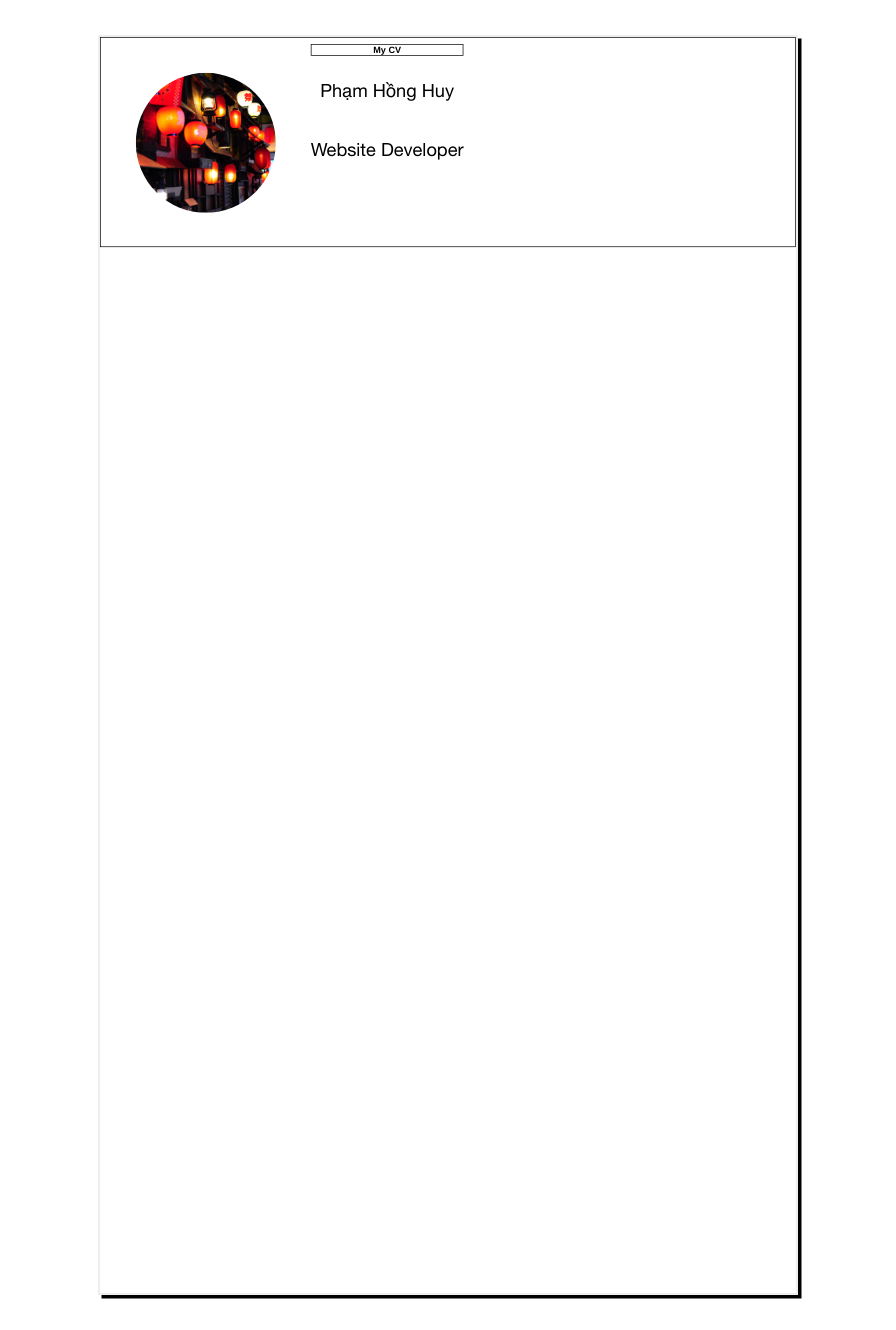
Repository: phamhonghuy/bookstore
Page: index.html
These files come from the project's save history. The page is drawn as it stood at one moment and after a run of saves; the edit follows.
The browser window is 1280 px wide. The pictures show the whole page, at 70% of full size.

Above is the page before, as saved 2021-10-08 23:47:35.

### index.html
<!DOCTYPE html>
<html>
    <head>
        <meta name="viewport" content="width=device-width" />
        <meta  charset="utf-8" />
        <script src="js/script.js"></script>
        <link rel="stylesheet" href="css/style.css">
        <title>My CV</title>
        <link rel="shortcut icon" href="/image/shortcut-icon.png">
    </head>
    <body>
        <div class='header'>
            <img id ='avatar' src="/image/Avatar.jpg">
            <div class='header-content'>
            <h1>My CV</h1>
            <p id="name">Phạm Hồng Huy</p>
            <p id="name">Website Developer</p>
            </div>
        </div>
    </body>
    <footer></footer>
</html>

### css/style.css
* {
    color:rgb(0, 0, 0);
    font-family: Helvetica;
    font-size: 13px;
    box-sizing: border-box;
}
@font-face {
    font-family:Helvetica;
    src: url(/font/helveticaneue.ttf);
}
body {
    width: 1000px;
    height: 1800px;
    box-shadow: 5px 5px rgb(0, 0, 0);
    margin: 50px auto;
    border: 3px solid #eee;
}

.header{
    display: flex;
    height:300px ;
    border: 1px solid rgb(0, 0, 0);
    wrap: wrap;

}

.header #avatar {
    height: 200px ;
    margin: 50px;
    border-radius: 50%;

}
h1 {
    text-align: center;
    width: ;
    border: 1px solid rgb(0, 0, 0);
}
.header-content{
    display: flex;
    flex-direction: column;
    font-size: 36px;
    j
}
.header-content p{
    text-align: center;
    font-size: 26px;
    width: 100%;

}

Loaded but not shown: JS/script.js (no copy from this time; the picture is the same without it)

After the next 2 saves:
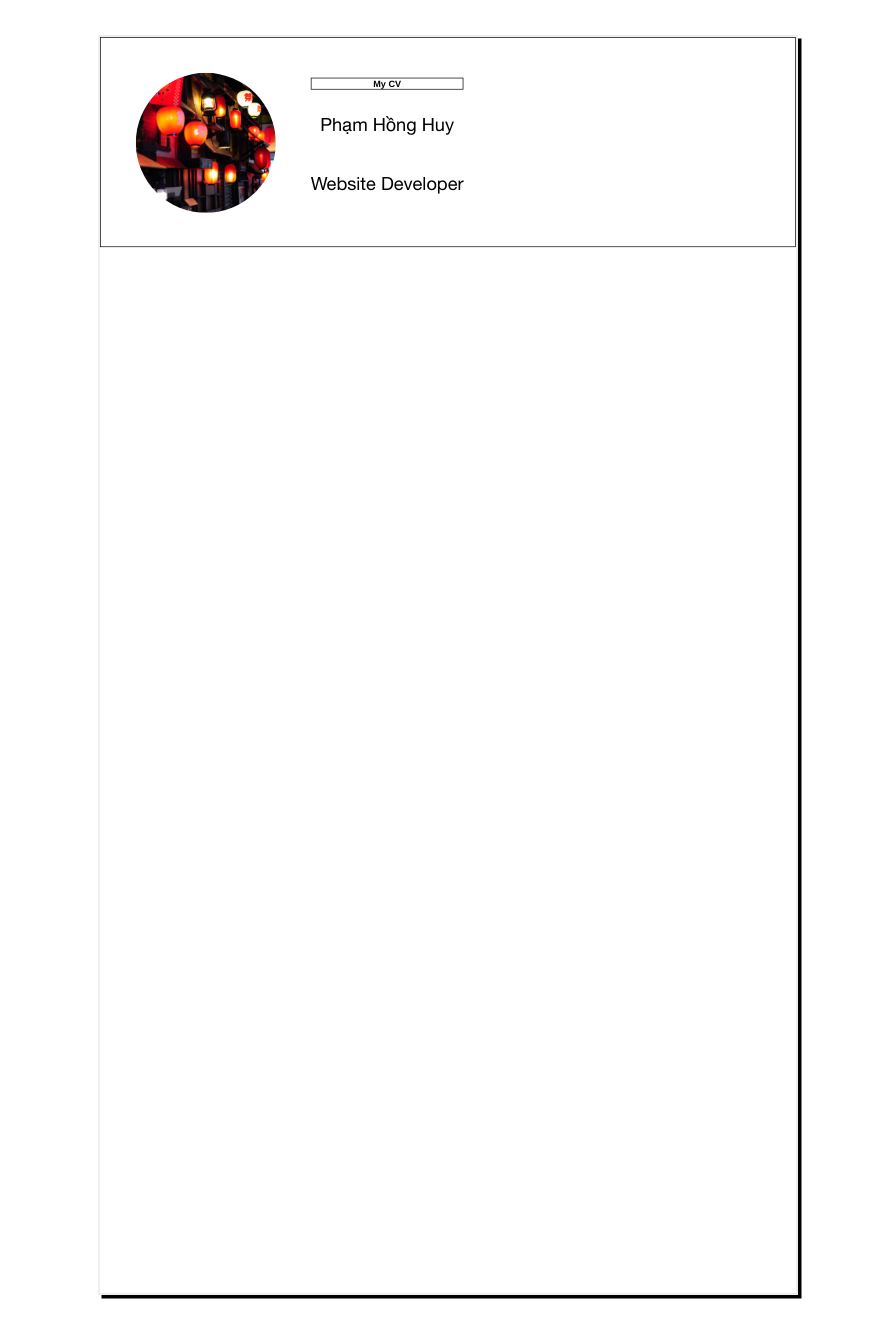
The 2 saves are shown as one change because they came seconds apart.
The last was saved 7 s later.
--- a/css/style.css
+++ b/css/style.css
@@ -39,7 +39,7 @@ h1 {
     display: flex;
     flex-direction: column;
     font-size: 36px;
-    j
+    justify-content: center;
 }
 .header-content p{
     text-align: center;
